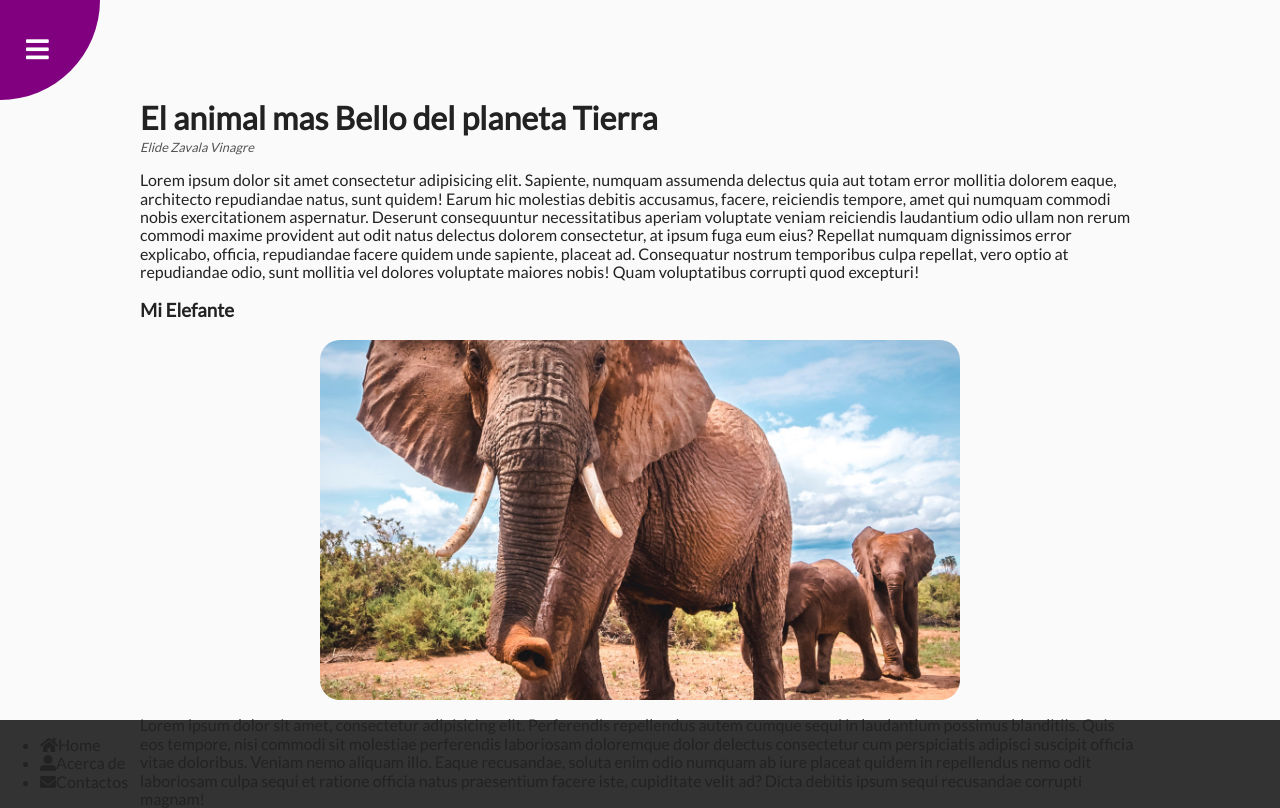
Repository: ElideZavala/Navagacion-en-rotacion
Page: index.html
These files come from the project's save history. The page is drawn as it stood at one moment and after the next save; the edit follows.
The browser window is 1280 px wide. The pictures show the whole page.

Above is the page before, as saved 2021-05-29 09:40:30.

After the next save:
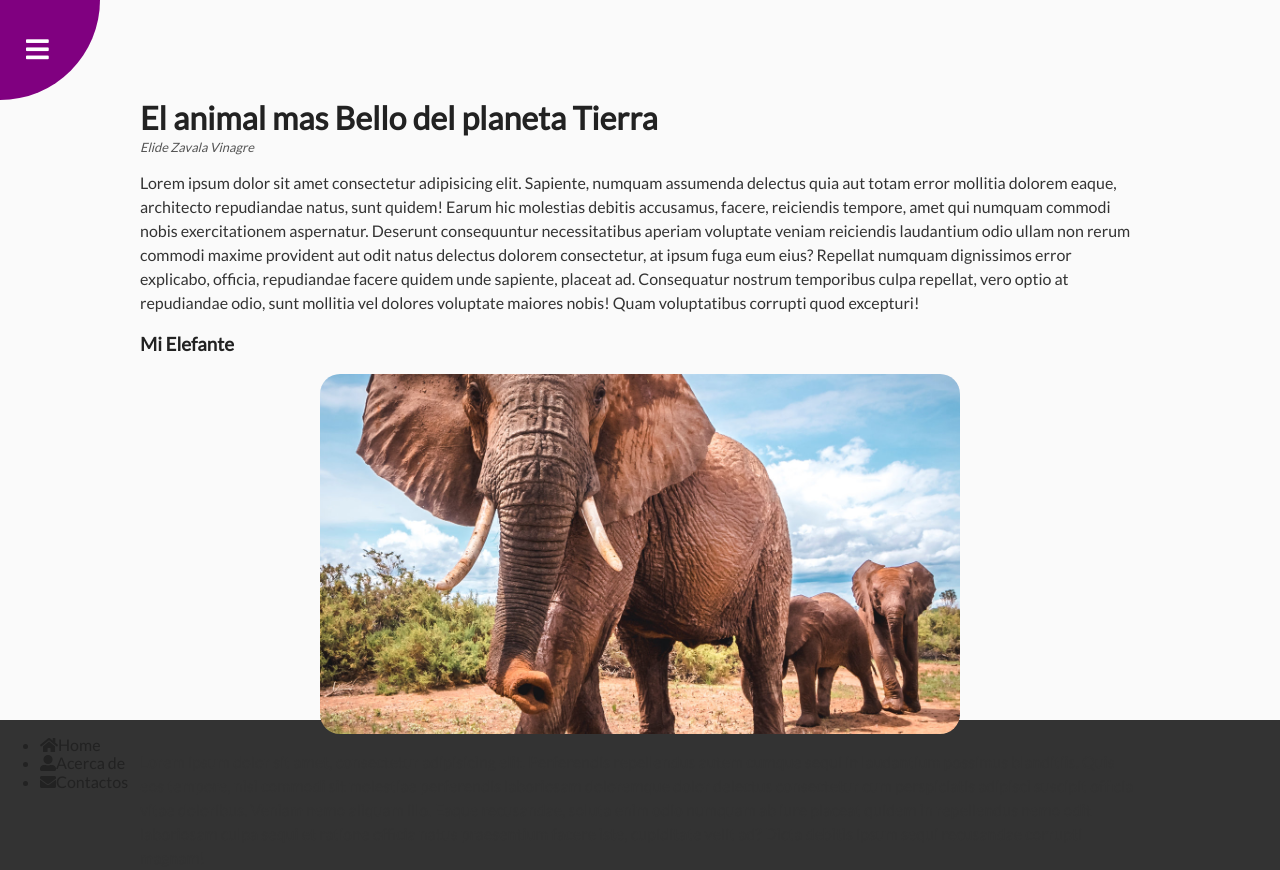
Saved 3 min 9 s later.
--- a/style.css
+++ b/style.css
@@ -89,3 +89,8 @@ body {
 	color: #555;
 	font-style: italic;
 }
+
+.content p {
+	color: #333;
+	line-height: 1.5;
+}
